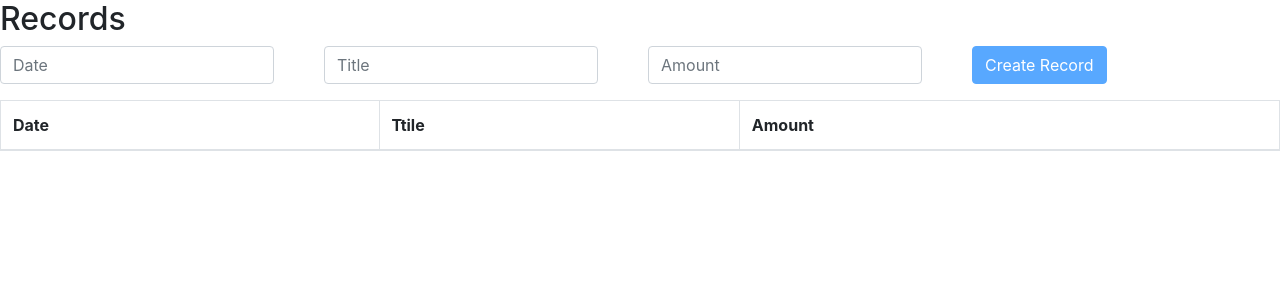
Repository: wjszydygns/accouts
Page: /
The author's editor kept a copy of each file at every save. The page is drawn from the files as they stood at one save, then again after the next save.
The browser window is 1280 px wide. The pictures show the whole page.
The page's requests for data from a server got no answer. The project was rebuilt for these pictures with package versions that can differ from the ones it lists, and the page was loaded fresh each time. No one was signed in, and anything a server would have sent is missing. Also part of the build but not shown: src/components/record.jsx.

Above is the page before, as saved 2018-11-30 16:06:05.

### public/index.html
<!DOCTYPE html>
<html lang="en">
  <head>
    <meta charset="utf-8">
    <link rel="shortcut icon" href="%PUBLIC_URL%/favicon.ico">
    <meta name="viewport" content="width=device-width, initial-scale=1, shrink-to-fit=no">
    <meta name="theme-color" content="#000000">
    <!--
      manifest.json provides metadata used when your web app is added to the
      homescreen on Android. See https://developers.google.com/web/fundamentals/web-app-manifest/
    -->
    <link rel="manifest" href="%PUBLIC_URL%/manifest.json">
    <link href="https://cdn.bootcss.com/twitter-bootstrap/4.1.3/css/bootstrap.min.css" rel="stylesheet">


    <title>React App</title>
  </head>
  <body>

    <div id="root"></div>

  </body>
</html>

### src/index.js
import React from 'react';
import ReactDOM from 'react-dom';

import RecordList from './components/records';
import * as serviceWorker from './serviceWorker';

ReactDOM.render(<RecordList />, document.getElementById('root'));

// If you want your app to work offline and load faster, you can change
// unregister() to register() below. Note this comes with some pitfalls.
// Learn more about service workers: http://bit.ly/CRA-PWA
serviceWorker.unregister();

### src/components/records.jsx
import React, { Component } from 'react';
import { table } from "antd"
import Record from "./record"
import * as moment from "moment"
import axios from "axios"
import PropTypes from "prop-types"
import * as RecordsAPI from "../utils/RecordsAPI"
import RecordForm from "./RecordForm"

class RecordList extends Component {
  constructor(props) {
    super(props)
    this.state = {
      records:
        [
          // {id:1,date:"2018-11-2",title:"房租",amount:1900},
          // {id:2,date:"2018-11-5",title:"工资收入",amount:5000},
          // {id:3,date:"2018-11-11",title:"购物",amount:700},
          // {id:4,date:"2018-11-16",title:"收入",amount:800},
        ],
      isloaded: false,
      error: null
    }
  }

  componentDidMount() {
    const { records, isloaded } = this.state;
    // const url=`https://5bfe4524362b930013f651be.mockapi.io/api/v1/records`
    //  fetch(url).then(res=>{
    //    return res.json();

    //  }).then(data=>{  //res.data=data
    //    this.setState({
    //      records:data
    //    })
    //  }).catch(err=>
    //    console.log(err)
    //   )
   this.getData();

  }
  getData=()=>{

    RecordsAPI.getAll().then(res => {
      this.setState({
        records: res.data,
        isloaded: true
      })

    }).catch(error => {
      this.setState({
        isloaded: true,
      })
    })


  }

   add=(record)=>{
     const {records}=this.state;
    //  records.unshift(record);
    //  this.setState({
    //     records
    //  })
    this.getData();

   }
  render() {
    const { error, isloaded, records } = this.state;
    let recordsComponent;
    {
      if (error) {
        recordsComponent = <div>{error}</div>
      } else if (!isloaded) {
        recordsComponent = <div>Loading...</div>

      }
      else {
        recordsComponent = (
          <div >
            <table className="table table-bordered">
              <thead>
                <tr>
                  <th>Date</th>
                  <th>Ttile</th>
                  <th>Amount</th>
                </tr>
              </thead>
              <tbody>
                {
                  this.state.records.map((item, index) => {
                    item.date = moment(item.date).format("YYYY-MM-DD:HH:ss:mm")
                    return <Record key={item.id} {...item} />

                  })
                }
              </tbody>
            </table>
          </div>
        );
      }
    }

    return (
      <div>
        <h2>Records</h2>
        <RecordForm  {...this.state} addRecord={this.add}/>
        {recordsComponent}
      </div>

    )


  }
}

export default RecordList;

### src/utils/RecordsAPI.js
import axios from "axios"
//使用环境变量来定义ａｐｉ,这样就可以把好多人要请求的接口放到一起通过ａｐｉ.什么来引用
//REACT_APP_RECORDS_API_URL这就是一个环境变量，要在ｓｃｒｉｐｔｓ里面定义这个环境变量的值,process.env是引用环境变量的前缀
 const api=process.env.REACT_APP_RECORDS_API_URL ||"http://localhost:5000"

//将axios请求全部封装到一个方法里面

export const getAll=()=>{
    //注意箭头函数要加大括号的话必须加return,否则没有返回值
   return axios.get(`${api}api/v1/records`)

}
export const create=(body)=>{
//添加一条记录时，也要向那个接口发送请求，因为我们现在的数据不是写死的，而是从上面那个接口请求回来的，那个数据是要求有一个ｉｄ作为ｒｅｃｏｒｄ的key值的
//所以我们也要有id，这个id 可以是它自己生成的
//要发一个post 请求
　　axios.post(`${api}api/v1/records`,body)   //axios.post(url,参数对象)



}

### src/components/RecordForm.js
import React, { Component } from 'react';
import {table} from "antd"
import PropTypes from "prop-types"
import "../index.css"
import * as RecordAPI from "../utils/RecordsAPI"

class RecordForm extends Component {

   state={
       date:"",
       title:"",
       amount:null,
   }

    valid=()=>{
        //验证是否有效，三个同时有值的时候才有效，返回true
        return  this.state.date &&this.state.title &&this.state.amount


    }
    handle=(e,key)=>{
       this.setState({
        [key]:e.target.value
       })
    }
    addRecord=(event)=>{
      event.preventDefault();//阻止默认行为，即参数不会出现在ｕｒｌ中
      const record=this.state;
    //   const {addRecord}=this.props;
    //   addRecord(record);
      RecordAPI.create(record);

    }


  render() {
      //  const {record}=this.props
      const {date,title,amount}=this.state;
    return (
     <form className="form-inline mb-3">
      <div className="form-group">
        <input type="text" className="form-control"
               placeholder="Date"
               name="date" value={date}
               onChange={e=>this.handle(e,"date")}/>

      </div>
      <div className="form-group">
        <input type="text" className="form-control"
               placeholder="Title"
               name="title" value={title}
               onChange={e=>this.handle(e,"title")}/>

      </div>
      <div className="form-group">
        <input type="text" className="form-control"
               placeholder="Amount"
               name="amount" value={amount}
               onChange={e=>this.setState({amount:e.target.value})}/>

      </div>
      <div className="form-group">
      <button className="btn btn-primary"
              type="submit"
              disabled={!(date && title && amount)}
              onClick={this.addRecord}>
              Create Record
     </button>
      </div>

     </form>
    );
  }
}

export default RecordForm;
 RecordForm.propTypes={
  id:PropTypes.string,
  date:PropTypes.string,
  title:PropTypes.string,
  amount:PropTypes.number,
  addRecord:PropTypes.func.isRequired,



}

### src/index.css
body {
  margin: 0;
  padding: 0;
  font-family: -apple-system, BlinkMacSystemFont, "Segoe UI", "Roboto", "Oxygen",
    "Ubuntu", "Cantarell", "Fira Sans", "Droid Sans", "Helvetica Neue",
    sans-serif;
  -webkit-font-smoothing: antialiased;
  -moz-osx-font-smoothing: grayscale;
}

.form-group{
    margin-right:50px;

}

Loaded but not shown: src/serviceWorker.js (common file)

After the next save:
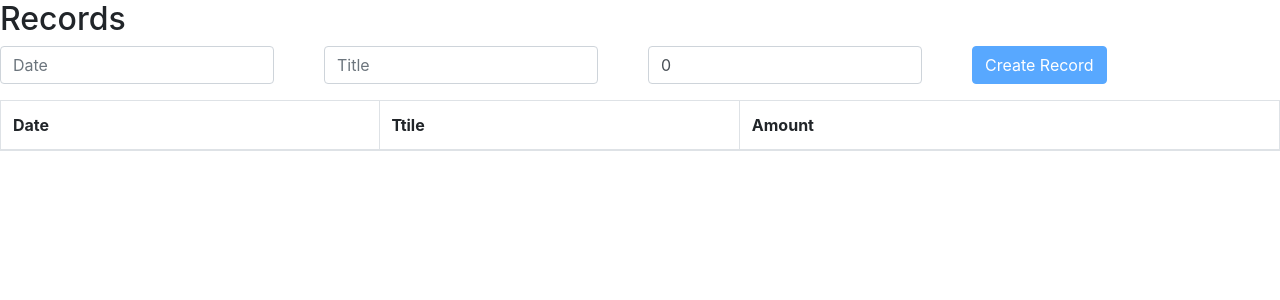
Saved 59 s later.
--- a/src/components/RecordForm.js
+++ b/src/components/RecordForm.js
@@ -9,7 +9,7 @@
    state={
        date:"",
        title:"",
-       amount:null,
+       amount:0,
    }
 
     valid=()=>{

After the save that followed:
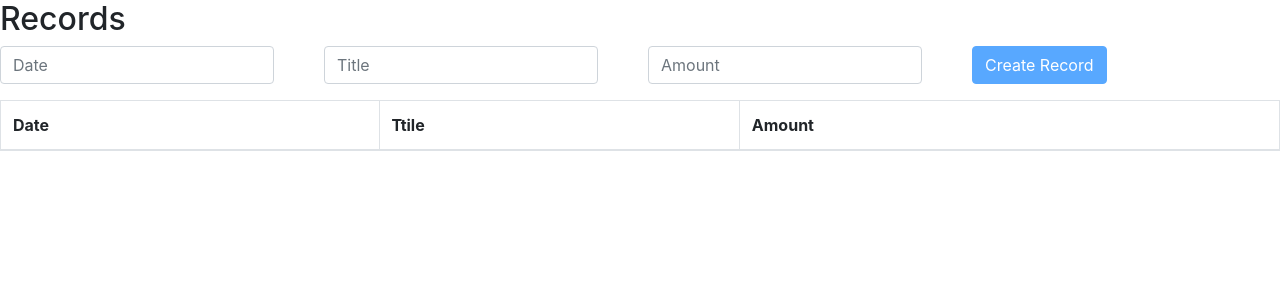
Saved 12 s later.
--- a/src/components/RecordForm.js
+++ b/src/components/RecordForm.js
@@ -9,7 +9,7 @@
    state={
        date:"",
        title:"",
-       amount:0,
+       amount:"",
    }
 
     valid=()=>{
